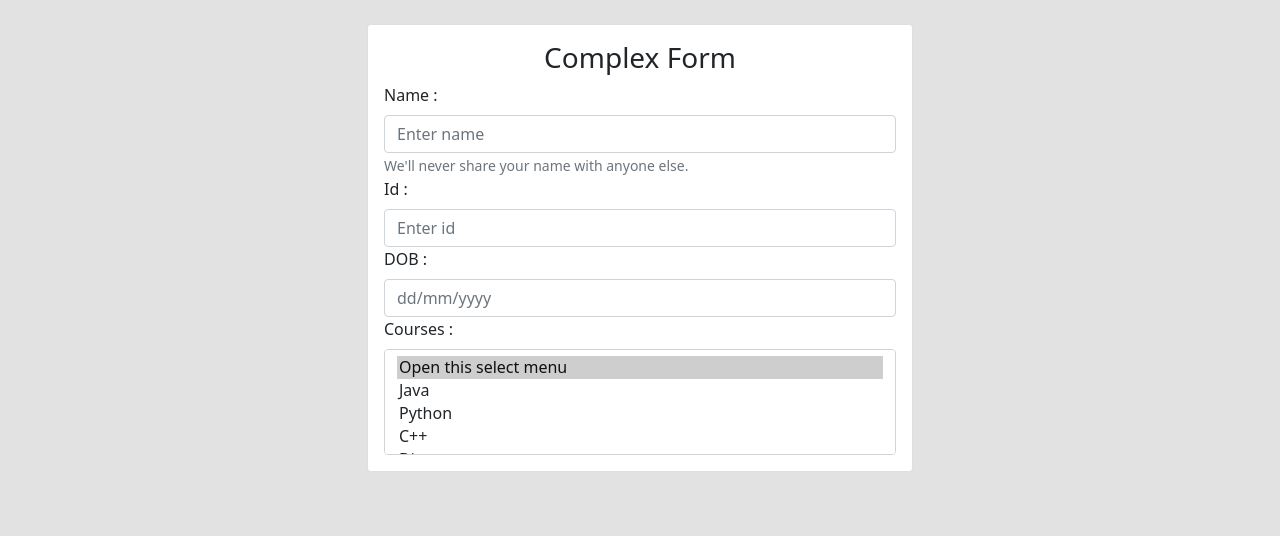
Repository: urvashimalviya/crudDemo
Page: http://localhost/SearchProject/WEB-INF/views/complex_form.jsp
An editor plug-in stored every save of this project. The page is shown before and after the next save, followed by the edit.
The browser window is 1280 px wide. The pictures show the whole page.
The page is served by Tomcat 9. Nobody is signed in. Other server files are loaded and not shown. The template is opened directly, without the code that normally fills it, so the values that code supplies are empty.

Above is the page before, as saved 2021-08-11 09:36:24.

### SearchProject/src/main/webapp/WEB-INF/views/complex_form.jsp
<%@ page language="java" contentType="text/html; charset=ISO-8859-1"
	pageEncoding="ISO-8859-1"%>
<!doctype html>
<html lang="en">
<head>
<!-- Required meta tags -->
<meta charset="utf-8">
<meta name="viewport" content="width=device-width, initial-scale=1"
	"shrink-to-fit=no">

<!-- Bootstrap CSS -->
<link rel="stylesheet"
	href="https://cdn.jsdelivr.net/npm/bootstrap@5.1.0/dist/css/bootstrap.min.css"
	integrity="sha384-KyZXEAg3QhqLMpG8r+8fhAXLRk2vvoC2f3B09zVXn8CA5QIVfZOJ3BCsw2P0p/We"
	crossorigin="anonymous">

<title>Hello, world!</title>
</head>
<body class="" style="background: #e2e2e2;">


	<div class="container mt-4">


		<div class="row">

			<div class="col-md-6 offset-md-3">
				<div class="card">
					<div class="card-body">
						<h3 class="text-center">Complex Form</h3>
						<form action="handle">

							<div class="form-group">
								<label for="exampleInputEmail1" class="form-label">Name
									:</label> <input type="text" name="name" class="form-control"
									id="exampleInputEmail1" aria-describedby="emailHelp"
									placeholder="Enter name"> <small id="emailHelp"
									class="form-text text-muted">We'll never share your
									name with anyone else.</small>
							</div>
							<div class="form-group">

								<label for="exampleInputEmail1" class="form-label">Id :</label>
								<input type="text" name="name" class="form-control"
									id="exampleInputEmail1" aria-describedby="emailHelp"
									placeholder="Enter id">
							</div>
							<div class="form-group">
								<label for="exampleInputEmail1" class="form-label">DOB :</label>
								<input type="text" name="date" class="form-control"
									id="exampleInputEmail1" aria-describedby="emailHelp"
									placeholder="dd/mm/yyyy">
							</div>

							<div class="form-group">
								<label for="exampleInputEmail1" class="form-label">Courses
									:</label> <select name="courses" class="form-control"
									ControlSelect1" multiple>
									<option selected>Open this select menu</option>
									<option>Java</option>
									<option>Python</option>
									<option>C++</option>
									<option>Django</option>
									<option>Spring Framework</option>
								</select>
							</div>

							<div class="form-group">



							</div>

						</form>
					</div>
				</div>

			</div>

		</div>
	</div>

	<!-- Optional JavaScript; choose one of the two! -->

	<!-- Option 1: Bootstrap Bundle with Popper -->
	<script
		src="https://cdn.jsdelivr.net/npm/bootstrap@5.1.0/dist/js/bootstrap.bundle.min.js"
		integrity="sha384-U1DAWAznBHeqEIlVSCgzq+c9gqGAJn5c/t99JyeKa9xxaYpSvHU5awsuZVVFIhvj"
		crossorigin="anonymous"></script>

	<!-- Option 2: Separate Popper and Bootstrap JS -->
	<!--
    <script src="https://cdn.jsdelivr.net/npm/@popperjs/core@2.9.3/dist/umd/popper.min.js" integrity="sha384-eMNCOe7tC1doHpGoWe/6oMVemdAVTMs2xqW4mwXrXsW0L84Iytr2wi5v2QjrP/xp" crossorigin="anonymous"></script>
    <script src="https://cdn.jsdelivr.net/npm/bootstrap@5.1.0/dist/js/bootstrap.min.js" integrity="sha384-cn7l7gDp0eyniUwwAZgrzD06kc/tftFf19TOAs2zVinnD/C7E91j9yyk5//jjpt/" crossorigin="anonymous"></script>
    -->
</body>
</html>

After the next save:
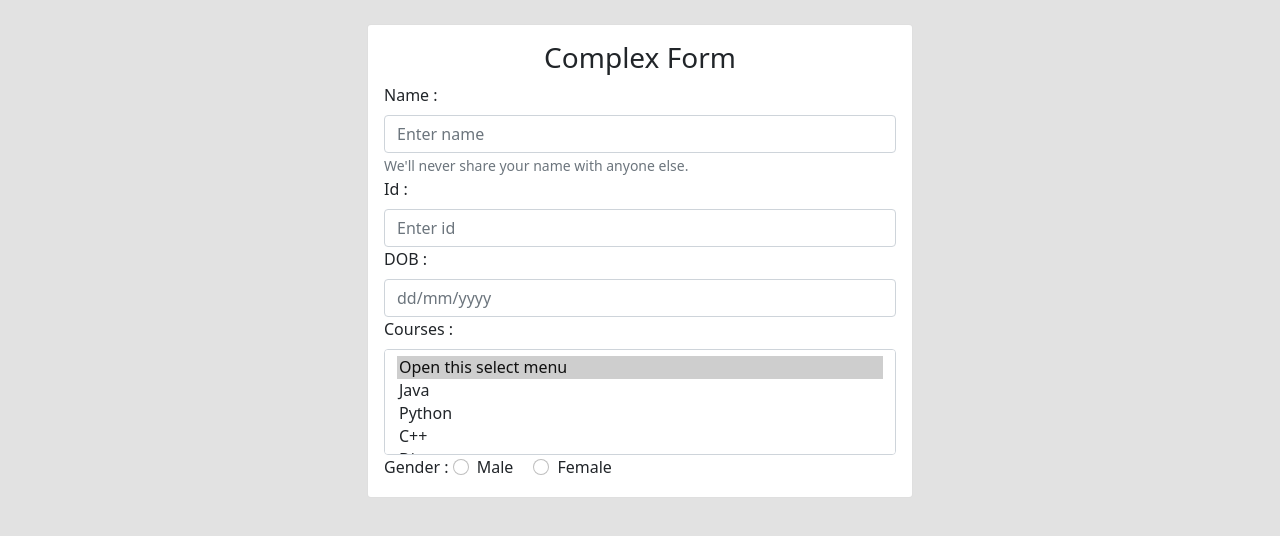
Saved 4 min 49 s later.
--- a/SearchProject/src/main/webapp/WEB-INF/views/complex_form.jsp
+++ b/SearchProject/src/main/webapp/WEB-INF/views/complex_form.jsp
@@ -66,8 +66,17 @@
 							</div>
 
 							<div class="form-group">
-
-
+							<span class="mr-3">Gender :</span>
+								<div class="form-check form-check-inline">
+									<input class="form-check-input" type="radio"
+										name="gender" id="inlineRadio1" value="male">
+									<label class="form-check-label" for="inlineRadio1">Male</label>
+								</div>
+								<div class="form-check form-check-inline">
+									<input class="form-check-input" type="radio"
+										name="gender" id="inlineRadio2" value="female">
+									<label class="form-check-label" for="inlineRadio2">Female</label>
+								</div>
 
 							</div>
 
